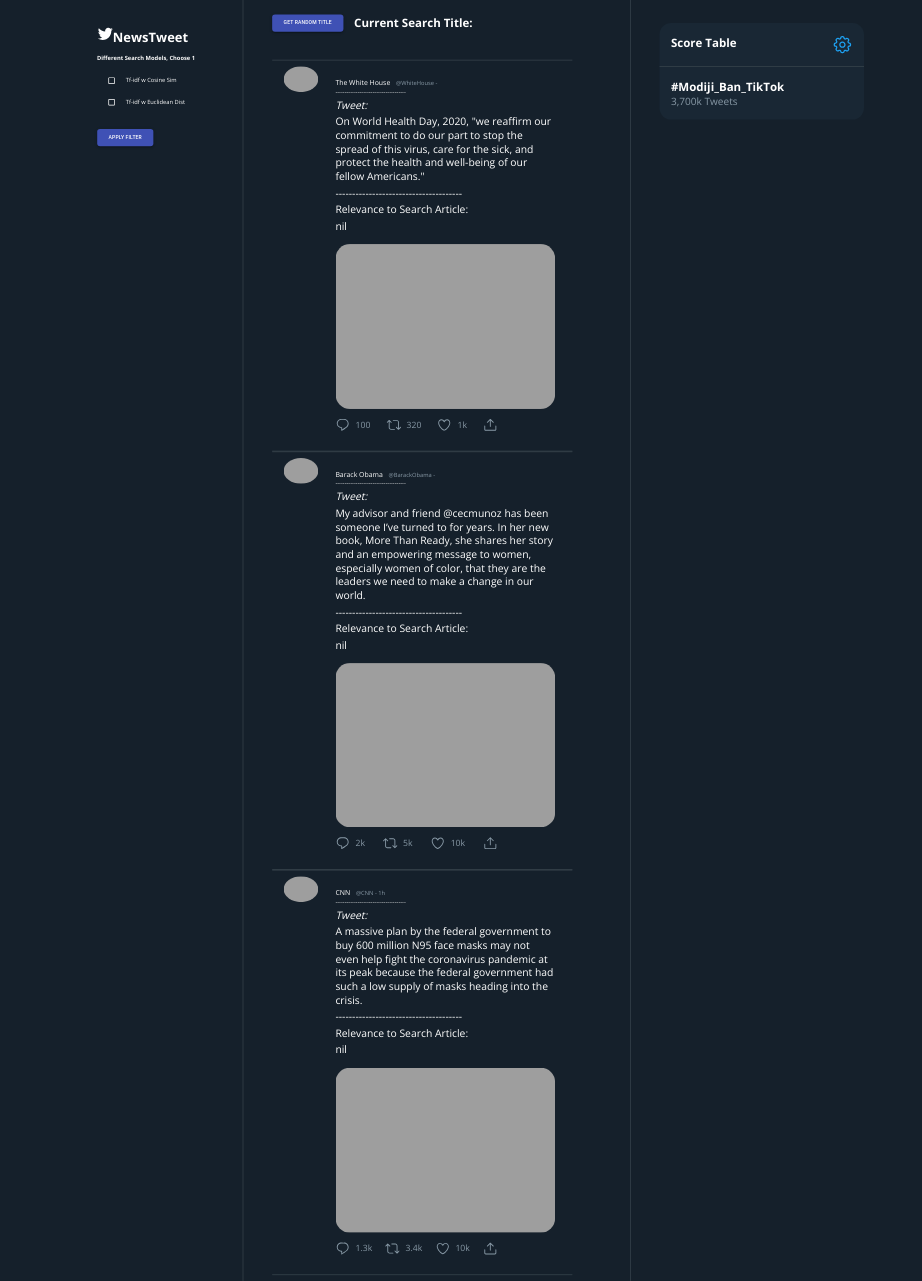
Repository: Dustyik/IR-tweets---disaster-
Page: / (app in Frontend/)
These files come from the project's save history. The page is drawn as it stood at one moment and after the next save; the edit follows.
The browser window is 1280 px wide. The pictures show the whole page, at 72% of full size.
Pictures or frames that could not be fetched are drawn as grey boxes. The page's requests for data from a server got no answer. The project was rebuilt for these pictures with package versions that can differ from the ones it lists, and the page was loaded fresh each time. No one was signed in, and anything a server would have sent is missing. Also part of the build but not shown: Frontend/src/components/trending/FollowSuggestionCard.js, Frontend/src/styles/FollowList.css, Frontend/src/components/trending/FollowSuggestionsList.js, Frontend/src/components/StatusCard.js, Frontend/src/pages/Status.js, Frontend/src/components/profile/ProfileHead.js, Frontend/src/components/profile/ProfileDetails.js, Frontend/src/styles/Profile.css and 1 more.

Above is the page before, as saved 2021-08-04 19:54:38.

### Frontend/public/index.html
<!DOCTYPE html>
<html lang="en">

<head>
  <meta charset="utf-8" />
  <link rel="icon" href="%PUBLIC_URL%/favicon.ico" />
  <meta name="viewport" content="width=device-width, initial-scale=1" />
  <meta name="theme-color" content="#000000" />
  <meta name="description" content="Web site created using create-react-app" />
  <link rel="apple-touch-icon" href="%PUBLIC_URL%/logo192.png" />
  <link href="https://fonts.googleapis.com/css2?family=Open+Sans:wght@400;700&display=swap" rel="stylesheet">
  <!--
      manifest.json provides metadata used when your web app is installed on a
      user's mobile device or desktop. See https://developers.google.com/web/fundamentals/web-app-manifest/
    -->
  <link rel="manifest" href="%PUBLIC_URL%/manifest.json" />
  <!--
      Notice the use of %PUBLIC_URL% in the tags above.
      It will be replaced with the URL of the `public` folder during the build.
      Only files inside the `public` folder can be referenced from the HTML.

      Unlike "/favicon.ico" or "favicon.ico", "%PUBLIC_URL%/favicon.ico" will
      work correctly both with client-side routing and a non-root public URL.
      Learn how to configure a non-root public URL by running `npm run build`.
    -->
  <title>React App</title>
</head>

<body>
  <noscript>You need to enable JavaScript to run this app.</noscript>
  <div id="root"></div>
  <!--
      This HTML file is a template.
      If you open it directly in the browser, you will see an empty page.

      You can add webfonts, meta tags, or analytics to this file.
      The build step will place the bundled scripts into the <body> tag.

      To begin the development, run `npm start` or `yarn start`.
      To create a production bundle, use `npm run build` or `yarn build`.
    -->
</body>

</html>

### Frontend/src/App.js
import React from 'react';
import { BrowserRouter as Router, Route } from 'react-router-dom';
import './App.css';
import { Sidebar } from './components/Sidebar';
import { Home } from './pages/Home';
import { Trending } from './components/trending/Trending';
import { GlobalProvider } from './context/GlobalState';
import { Status } from './pages/Status';
import ScrollToTop from './utils/ScrollToTop';
import { Profile } from './pages/Profile';

function App() {
  return (
    <GlobalProvider >
      <Router >

        <ScrollToTop>
          <div className="App">
            <div className="side-nav">
              <Sidebar />
            </div>
            <div className="main trending">

              <Route exact path="/" component={Home} />
              { /*
              <Route exact path="/:id" component={Profile} />
              <Route exact path="/status/:id" component={Status} />
              */}


            </div>

            <div className="trending">
              <Trending />
            </div>
          </div>
        </ScrollToTop>

      </Router>
    </GlobalProvider>
  );
}

export default App;

### Frontend/src/App.css
:root {
    --body-bg        : rgb(21, 32, 43);
    --sky-blue       : rgba(29, 161, 242, 1.00);
    --light          : rgba(255, 255, 2555);
    --grey           : rgb(136, 153, 166);
    --border         : rgb(56, 68, 77);
    --thick-border   : rgb(37, 51, 65);
    --thick-border   : rgb(37, 51, 65);
    --card-background: rgb(25, 39, 52);
}

body {
    background-color: var(--body-bg);
    font-family     : 'Open Sans', sans-serif;
    padding         : 0;
    margin          : 0;
    color           : var(--light);
}

html {
    font-size: 8px;
}

::-webkit-input-placeholder {
    /* Chrome/Opera/Safari */
    font-size  : 2.5rem;
    color      : #9197a3;
    font-weight: 400;
}

::-moz-placeholder {
    /* Firefox 19+ */
    font-size  : 2.5rem;
    color      : #9197a3;
    font-weight: 400;
}

:-ms-input-placeholder {
    /* IE 10+ */
    font-size  : 2.5rem;
    color      : #9197a3;
    font-weight: 400;
}

:-moz-placeholder {
    /* Firefox 18- */
    font-size  : 2.5rem;
    color      : #9197a3;
    font-weight: 400;
}

.App {
    display              : grid;
    grid-template-columns: 2.5fr 4fr 3fr;
}

.side-nav {
    padding-left: 40%;
    padding-top : 3rem;
}

.side-nav svg {
    fill : var(--light);
    width: 2.75rem;
}

.side-nav svg:hover {
    fill: var(--sky-blue);
}

.side-nav-item {
    padding: 2rem 0;

}

.side-nav .side-nav-item .side-nav-text {
    font-size     : 2.25rem;
    font-weight   : 700;
    color         : var(--light);
    padding-left  : 3rem;
    vertical-align: bottom;
}

.avatar {
    display: inline;
}

.avatar img {
    border-radius: 50%;
}


/* helper classes */
.p-0 {
    padding: 0
}


.pl-0 {
    padding-left: 0
}

.p-1 {
    padding: 1rem;
}

.p-2 {
    padding: 2rem
}

.pr-0 {
    padding-right: 0
}

.pb-1 {
    padding-bottom: 1rem;
}

.m-0 {
    margin: 0
}

.mb-0 {
    margin-bottom: 0;
}

.text-center {
    text-align: center;
}

.w-100 {
    width: 100%;
}

.pl-1 {
    padding-left: 1rem;
}

.pr-1 {
    padding-right: 1rem;
}

ul {
    list-style: none;
}

.flex-align-center {
    display    : flex;
    align-items: center;
}

.flex-space-between {
    display        : flex;
    justify-content: space-between;
}

.inline-block {
    display: inline-block;

}


.btn {
    color      : var(--light);
    font-weight: 700;
    cursor     : pointer;
    border     : none;
    background : transparent;
}

.tweet-btn {
    border-radius   : 4rem;
    font-size       : 2rem;
    padding         : 1.5rem;
    background-color: var(--sky-blue);
    width           : 80%;
}

.follow-btn {
    border-radius: 3rem;
    font-size    : 2rem;
    padding      : 0.5rem;
    font-weight  : 700;
    color        : var(--sky-blue);
    border       : 1px solid var(--sky-blue);
}

.pointer {
    cursor: pointer;
}

.bold-dull-para {
    font-size: 1.75rem;
    color    : var(--grey);
}

a {
    text-decoration: none;
    color          : inherit;
}

h1 {
    font-size  : 2.25rem;
    font-weight: 700;
    color      : var(--light);
}

h2 {
    font-size  : 2rem;
    font-weight: 700;
    color      : var(--light);
}

input:focus {
    outline: none;
}

### Frontend/src/pages/Home.js
import React, { useState, useEffect, useContext } from 'react';
import '../styles/Main.css';
import { TweetList } from '../components/TweetList';
import { SearchIcon } from '../images/svg/svgs'
import * as API from "../apifunctions"
import { Button } from '@material-ui/core';
import { GlobalContext } from '../context/GlobalState'


export const Home = () => {
    const [titlesState, setTitlesState] = useState([])
    const { title, setTitle } = useContext(GlobalContext);


    useEffect(() => {
        API.getTitles().then(
            res => {
                const data = JSON.parse(res.data);
                const titlesData = data.title
                const idData = data.id
                var values = []
                for (let i = 0; i < Object.keys(titlesData).length; i++){
                    values.push({
                        title: titlesData[i],
                        id: idData[i]
                    })
                }
                setTitlesState(values)
            }
        ).catch(
            err => console.log("Error fetching titles", err)
        )
    }, [])

    const randomButtonClick = () => {
        const randomElement = titlesState[Math.floor(Math.random() * titlesState.length)];
        setTitle(randomElement)
    }

    return (
        <>
            <div style = {{display:"flex", flexDirection:"row", alignItems:"center"}}>
            {/*
            <div className="search-box flex-align-center">
                    <SearchIcon />
                    <input placeholder="Search Our Corpus Using Headlines" className="search-input w-100" type="text" />
            </div>
            */}
            <Button
                onClick = {randomButtonClick}
                variant="contained"
                style = {{height:"50%", marginRight:"15px"}}
                color="primary">
                Get Random Title
            </Button>

            <h2 style = {{display:"flex", alignItems:"center", textAlign:"center"}}>
                Current Search Title:
            </h2>

            </div>


            <h2 style = {{display:"flex", justifyContent:"center"}}>
               {title.title}
            </h2>
                {/*
            <NewTweet />
                */}
            <div className="tweets">
                <TweetList />
            </div>
        </>
    )
}

### Frontend/src/components/trending/Trending.js
import React from 'react';
import '../../styles/Trending.css';
import { SearchIcon } from '../../images/svg/svgs'
import { TrendsList } from './TrendsList';
import { FollowSuggestionsList } from './FollowSuggestionsList';


export const Trending = () => {
    return (
        <>
            <div>

                <div className="trends-list m-0">

                    <TrendsList />

                </div>
                {/*
                <div className="follow-list">
                    <FollowSuggestionsList />
                </div>
                */}
            </div>
        </>
    )
}

### Frontend/src/utils/ScrollToTop.js
import React, { useEffect, Fragment } from 'react';
import { withRouter } from 'react-router-dom';

function ScrollToTop({ history, children }) {
    useEffect(() => {
        const unlisten = history.listen(() => {
            window.scrollTo(0, 0);
        });
        return () => {
            unlisten();
        }
    }, []);

    return <Fragment>{children}</Fragment>;
}

export default withRouter(ScrollToTop);

### Frontend/src/images/avatars.js
import React from 'react'

export const SmallAvatar = ({ width, image }) => {
    return (
        <div className="avatar">
            <img width={width} src={image} alt="avatar" />
        </div>
    )
}

### Frontend/src/apifunctions.js
import axios from 'axios';

export const getTitles = () => {
    console.log("get Titles called")
    return axios.get("http://localhost:5000/getTitles")
}

export const applySearchFilters = (data, title, id) => {
    return axios.post("http://localhost:5000/applySearchModels", {
            data: data,
            queryTitle: title,
            articleId: id

        }
    )
}

### Frontend/src/styles/Main.css
/* main styles */
.main {
    border-left : 1px solid var(--border);
    border-right: 1px solid var(--border);
    ;
}

.home {
    padding-left : 2.5rem;
    border-bottom: 1px solid var(--border);
}

.new-tweet {
    padding              : 1rem;
    display              : grid;
    grid-template-columns: 1fr 9fr;
    border-bottom        : 1rem solid var(--thick-border);
}

.new-tweet .left,
.right {
    padding: 0 1rem;
}

.new-tweet input {
    padding    : 2rem 0;
    background : transparent;
    border     : none;
    color      : var(--light);
    font-size  : 2rem;
    font-weight: 700;
}

.new-tweet-options {
    padding-right  : 1rem;
    display        : flex;
    justify-content: space-between;
    align-items    : center;
}

.new-tweet .add-icons {
    margin-right: 1rem;
}

.new-tweet .add-icons svg {
    width  : 3rem;
    fill   : var(--sky-blue);
    padding: 1rem;
}

.new-tweet .add-icons svg:first-child {
    padding-left: 0;
}

### Frontend/src/components/TweetList.js
import React, { useContext } from 'react'
import TweetCard from './TweetCard'
import { GlobalContext } from '../context/GlobalState'

export const TweetList = () => {
    const { tweets } = useContext(GlobalContext);

    return (
        <>
            {tweets.map((tweet, index) => (<TweetCard key={index} tweet={tweet} />))}
        </>
    )
}

### Frontend/src/styles/Trending.css
.trending {
    padding: 1rem 10rem 1rem 5rem;
}

.trending .search-box {
    width     : 100%;
    background: transparent;

    background-color: var(--thick-border);
    border-radius   : 5rem;
    border          : none;
}

.trending .search-box svg {
    width       : 3rem;
    fill        : var(--grey);
    padding-left: 1rem;

}

.trending .search-box input {
    padding   : 1.5rem;
    font-size : 2rem;
    width     : 100%;
    background: transparent;
    border    : none;
    color     : var(--light);
}

.trends-list {
    background-color: var(--card-background);
    border-radius   : 2rem;
    margin-top      : 3rem;
}

.trends-list h1 {
    padding: 1rem 2rem;

}

.trends-for-you {
    padding: 2rem;
}

.trends-for-you svg {
    width: 3.5rem;
    fill : var(--sky-blue);
}

.trends-card {
    border-top   : 1px solid var(--border);
    border-bottom: 1px solid var(--border);
    padding      : 2rem;
}

.trends :last-child {
    border-bottom: none;
}

.trends-topic {
    font-size: 1.5rem;
    color    : var(--grey);
}

.trend-tweet-count {
    font-size: 1.75rem;
    color    : var(--grey);
}



.trending ::-webkit-input-placeholder {
    /* Chrome/Opera/Safari */
    font-size  : 2rem;
    color      : #9197a3;
    font-weight: 400;
}

.trending ::-moz-placeholder {
    /* Firefox 19+ */
    font-size  : 2rem;
    color      : #9197a3;
    font-weight: 400;
}

.trending :-ms-input-placeholder {
    /* IE 10+ */
    font-size  : 2rem;
    color      : #9197a3;
    font-weight: 400;
}

.trending :-moz-placeholder {
    /* Firefox 18- */
    font-size  : 2rem;
    color      : #9197a3;
    font-weight: 400;
}

### Frontend/src/components/trending/TrendsList.js
import React, {useContext} from 'react';
import { Trend } from '../trending/Trend';
import { SettingsIcon } from '../../images/svg/svgs';

import { GlobalContext } from '../../context/GlobalState'


export const TrendsList = () => {

    const {rankingModel} = useContext(GlobalContext);


    const trends = [
        {
            name: '#Modiji_Ban_TikTok',
            topic: '',
            tweets: '3,700k'
        }
    ]
    return (
        <div>
            <div className="trends-for-you flex-space-between">
                <h2 className="m-0">Score Table</h2>
                <SettingsIcon />
            </div>
            <div>
                {rankingModel}
                {console.log("scores", rankingModel)}
            </div>
            <div className="trends">
                {trends.map(trend => (<Trend trend={trend} />))}
            </div>
        </div>
    )
}

### Frontend/src/context/AppReducer.js
const MAX = 30
const MIN = 0

export default (state, action) => {
    switch (action.type) {

        case "ADD_RANKING_SCORE":
            return {
                ...state,
                rankingModel: [...state.rankingModel, action.payload]
            }


        case 'DELETE_TRANSACTION':
            return {
                ...state,
                transactions: state.transactions.filter(transaction => transaction.id !== action.payload)
            }
        case 'ADD_TWEET':
            const newTweet = {
                user: {
                    name: action.payload.name,
                    image: action.payload.image,
                    handle: `@${action.payload.name}`,
                },
                tweet: {
                    content: action.payload.tweet,
                    image: null,
                    comments: Math.floor(Math.random()*(MAX-MIN)+MIN),
                    retweets: Math.floor(Math.random()*(MAX-MIN)+MIN),
                    likes: Math.floor(Math.random()*(MAX-MIN)+MIN),
                    relevance: action.payload.relevance
                }
            };
            return {
                ...state,
                tweets: [...state.tweets, newTweet]
            }

        case "SET_TITLE":
            return {
            ...state,
            title: action.payload
        }

        case "SET_SEARCH_MODEL":
            return {
            ...state,
            searchModels: action.payload
        }

        case "REMOVE_ALL_TWEETS":
            return {
            ...state,
            tweets: []
        }


        default:
            return state
    }
}

### Frontend/src/components/trending/Trend.js
import React from 'react'

export const Trend = ({ trend }) => {
    return (
        <div className="trends-card">
            <p className="trends-topic m-0">{trend.topic}</p>
            <h2 className="m-0">{trend.name}</h2>
            <p className="trend-tweet-count m-0">{trend.tweets} Tweets</p>
        </div>
    )
}

### Frontend/src/styles/StatusCard.css
.tweets {}

.status-card {
    /* padding              : 1rem;
    display                 : grid;
    grid-template-columns   : 1fr 9fr; */
    border-bottom           : 0.5px solid var(--border);
    border-top              : 0.5px solid var(--border);

}

.status-card .left,
.right {
    padding: 2rem;
}

.status-card .left {
    display    : flex;
    align-items: center;

}

.status-card .right {
    padding-top: 0;
}

.status-card .status-card-name {
    font-size    : 2rem;
    font-weight  : 700;
    padding-right: 1rem;
}

.status-card .status-card-handle,
.status-card-time {
    font-size: 1.5rem;
    color    : var(--grey);
}

.status-card .status-card-body .status-card-content p {
    font-size : 2.5rem;
    margin-top: .5rem;
}

.status-card .status-card-body .status-card-image {
    margin-top: 2rem;
}

.status-card .status-card-body .status-card-image img {
    width        : 100%;
    border-radius: 20px;
}

.status-card .status-card-footer {
    padding-right: 10rem;
    display      : flex;

    justify-content: space-around;
    padding-top    : 1rem;
    width          : 100%;
}

.status-card .status-card-footer svg {
    fill : var(--grey);
    width: 2.5rem;
}

.status-card .status-card-footer .tweet-cars-icon {
    line-height : 2;
    font-size   : 1.5rem;
    color       : var(--grey);
    padding-left: 1rem;
}

.status {
    display    : flex;
    align-items: center;
    padding    : 0 2rem;
    display    : flex;
    align-items: center;
}

.status h1 {
    display     : inline-block;
    padding-left: 1rem;
}

.status svg {
    width: 4rem;
    fill : var(--sky-blue);
}

### Frontend/src/styles/TweetCard.css
.tweets {}

.tweet-card {
    padding              : 1rem;
    display              : grid;
    grid-template-columns: 1fr 9fr;
    border-bottom        : 0.5px solid var(--border);
    border-top           : 0.5px solid var(--border);

}

.tweet-card .left,
.right {
    padding: 0 1rem;
}

.tweet-card .tweet-card-head .tweet-card-name {
    font-size    : 1.2rem;
    font-weight  : 300;
    padding-right: 1rem;
}

.tweet-card .tweet-card-head .tweet-card-name:hover {
    text-decoration: underline;
}

.tweet-card .tweet-card-head .tweet-card-handle,
.tweet-card-time {
    font-size: rem;
    color    : var(--grey);
}

.tweet-card .tweet-card-body .tweet-card-content p {
    font-size : 1.8rem;
    margin-top: .5rem;
}

.tweet-card .tweet-card-body .tweet-card-image {
    margin-top: 2rem;
}

.tweet-card .tweet-card-body .tweet-card-image img {
    width        : 100%;
    border-radius: 20px;
}

.tweet-card .tweet-card-footer {
    padding-right  : 10rem;
    display        : flex;
    justify-content: space-between;
    padding-top    : 1rem;
}

.tweet-card .tweet-card-footer svg {
    fill : var(--grey);
    width: 2.5rem;
}

.tweet-card .tweet-card-footer .tweet-cars-icon {
    line-height : 2;
    font-size   : 1.5REM;
    color       : var(--grey);
    padding-left: 1rem;
}

Loaded but not shown: Frontend/src/index.js (common file); Frontend/src/images/svg/svgs.js (66 lines, source omitted); Frontend/src/context/GlobalState.js (124 lines, source omitted); Frontend/src/components/TweetCard.js (67 lines, source omitted); Frontend/src/components/Sidebar.js (113 lines, source omitted)

After the next save:
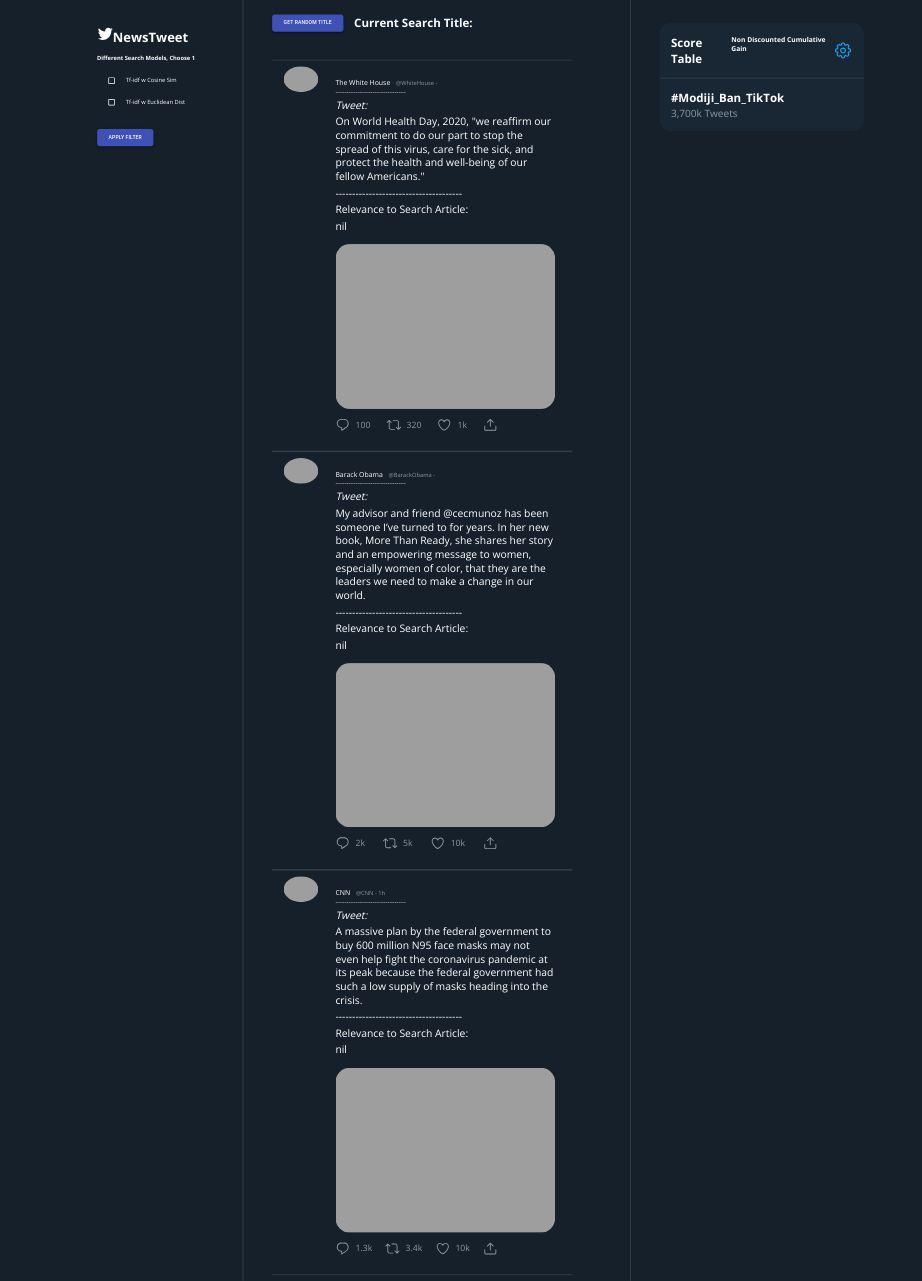
Saved 64 s later.
--- a/Frontend/src/components/trending/TrendsList.js
+++ b/Frontend/src/components/trending/TrendsList.js
@@ -21,6 +21,7 @@
         <div>
             <div className="trends-for-you flex-space-between">
                 <h2 className="m-0">Score Table</h2>
+                <h3 className="m-0">Non Discounted Cumulative Gain </h3>
                 <SettingsIcon />
             </div>
             <div>
